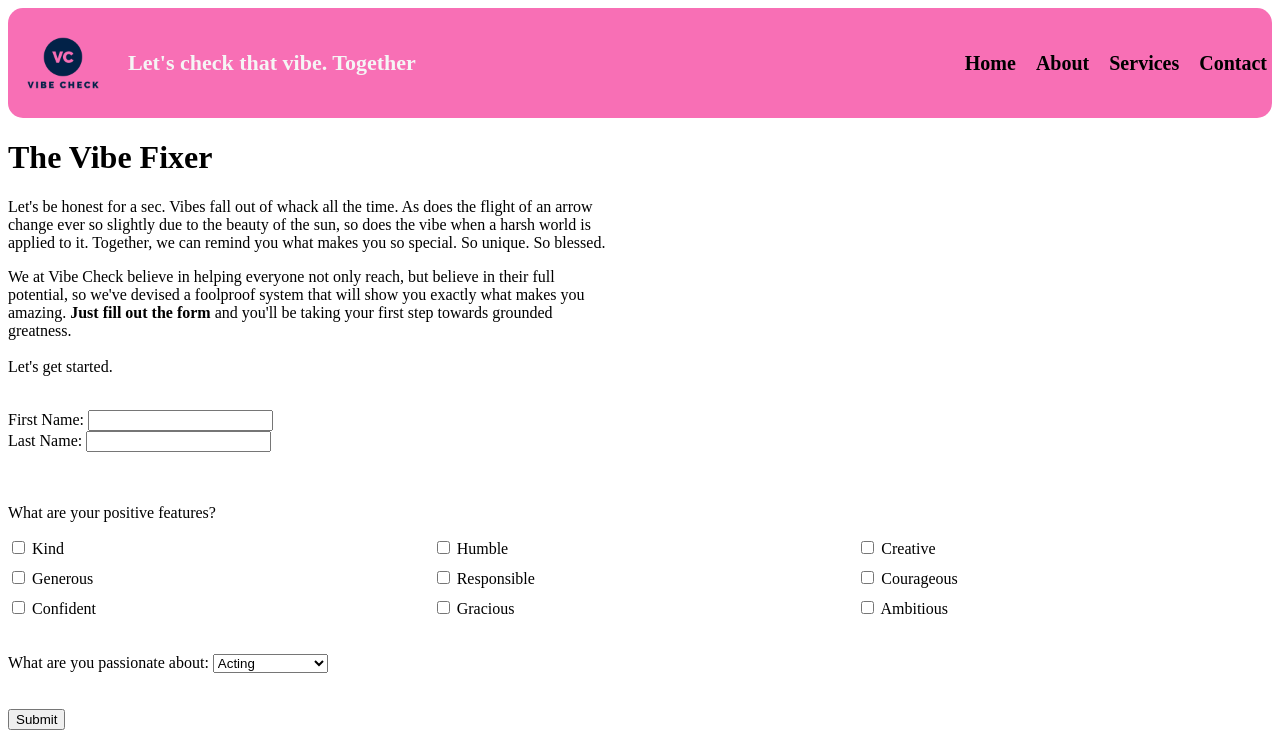
Repository: Chadloswald/Dis-Service
Page: docs/index.html
The author's editor kept a copy of each file at every save. The page is drawn from the files as they stood at one save, then again after the next save.
The browser window is 1280 px wide. The pictures show the whole page.

Above is the page before, as saved 2023-05-07 15:22:02.

After the next save:
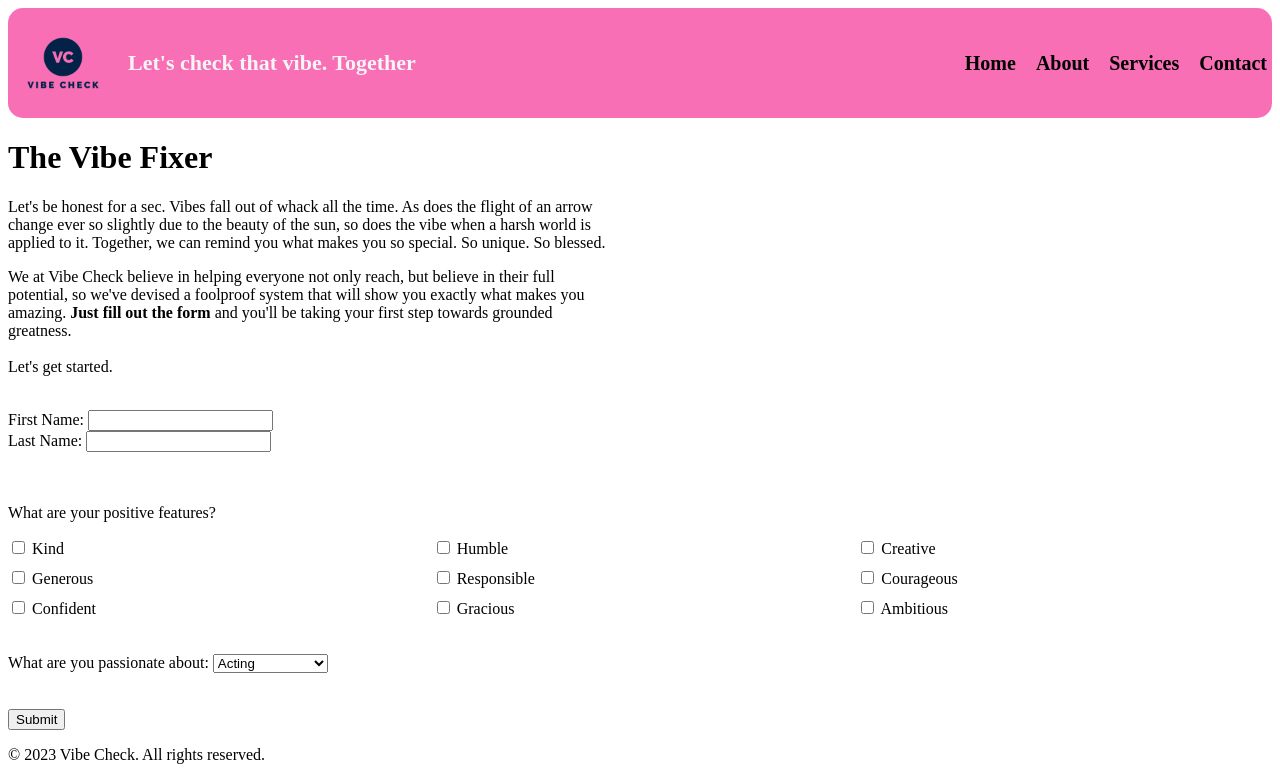
Saved 16 min 52 s later.
--- a/docs/index.html
+++ b/docs/index.html
@@ -119,4 +119,7 @@
 	</form>
 
 </body>
+<footer>
+	<p>&copy; 2023 Vibe Check. All rights reserved.</p>
+  </footer>
 </html>
